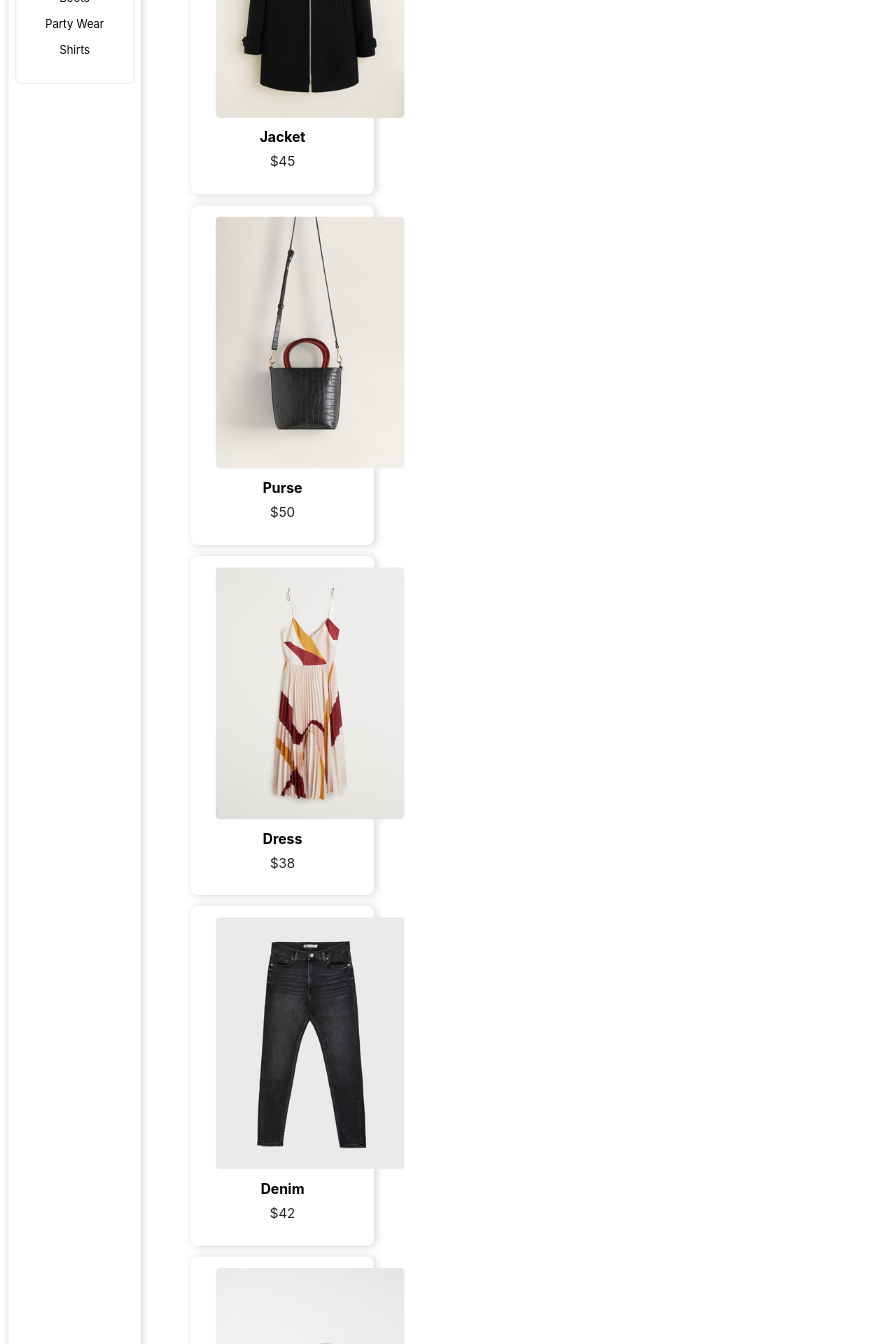
Repository: KodandaraoChellapilli/e-store
Page: /
The author's editor kept a copy of each file at every save. The page is drawn from the files as they stood at one save, then again after a run of saves.
The browser window is 1280 px wide. The pictures show the part of the page from y = 408 to 2328 px (the page is 3206 px tall before and 3350 px after), at 70% of full size.
The project was rebuilt for these pictures with package versions that can differ from the ones it lists, and the page was loaded fresh each time. Also part of the build but not shown: src/App.css.

Above is the page before, as saved 2025-06-10 14:12:18.

### public/index.html
<!DOCTYPE html>
<html lang="en">
  <head>
    <meta charset="utf-8" />
    <link rel="icon" href="%PUBLIC_URL%/favicon.ico" />
    <meta name="viewport" content="width=device-width, initial-scale=1" />
    <meta name="theme-color" content="#000000" />
    <meta
      name="description"
      content="Web site created using create-react-app"
    />
    <link rel="apple-touch-icon" href="%PUBLIC_URL%/logo192.png" />
    <!--
      manifest.json provides metadata used when your web app is installed on a
      user's mobile device or desktop. See https://developers.google.com/web/fundamentals/web-app-manifest/
    -->
    <link rel="manifest" href="%PUBLIC_URL%/manifest.json" />

    <link rel="stylesheet"   href="https://cdnjs.cloudflare.com/ajax/libs/font-awesome/6.7.2/css/all.min.css"/>


    <link href="https://cdn.jsdelivr.net/npm/bootstrap@5.3.6/dist/css/bootstrap.min.css" rel="stylesheet" integrity="sha384-4Q6Gf2aSP4eDXB8Miphtr37CMZZQ5oXLH2yaXMJ2w8e2ZtHTl7GptT4jmndRuHDT" crossorigin="anonymous">
    <!--
      Notice the use of %PUBLIC_URL% in the tags above.
      It will be replaced with the URL of the `public` folder during the build.
      Only files inside the `public` folder can be referenced from the HTML.

      Unlike "/favicon.ico" or "favicon.ico", "%PUBLIC_URL%/favicon.ico" will
      work correctly both with client-side routing and a non-root public URL.
      Learn how to configure a non-root public URL by running `npm run build`.
    -->
    <title>React App</title>
  </head>
  <body>
    <noscript>You need to enable JavaScript to run this app.</noscript>
    <div id="root"></div>
    <!--
      This HTML file is a template.
      If you open it directly in the browser, you will see an empty page.

      You can add webfonts, meta tags, or analytics to this file.
      The build step will place the bundled scripts into the <body> tag.

      To begin the development, run `npm start` or `yarn start`.
      To create a production bundle, use `npm run build` or `yarn build`.
    -->
    <script src="https://cdn.jsdelivr.net/npm/bootstrap@5.3.6/dist/js/bootstrap.bundle.min.js" integrity="sha384-j1CDi7MgGQ12Z7Qab0qlWQ/Qqz24Gc6BM0thvEMVjHnfYGF0rmFCozFSxQBxwHKO" crossorigin="anonymous"></script>

  </body>
</html>

### src/App.js
import logo from './logo.svg';
import './App.css';
import TopNav from './Components/TopNav';
import  CatNav from './Components/CatNav';
import MainComponent from './Components/MainComponent';



function App() {
  return (
    <div className="App">

      <TopNav />
      <CatNav />
      <MainComponent />

    </div>
  );
}

export default App;

### src/Components/TopNav/index.js
import './_top-nav.scss';

const TopNav = () => {
    return (
        <div className='header bg-dark'>
            <div className='row top-nav-row'>

                <div className='brand my-1'>
                    <h1>RI</h1>
                </div>

                <div className='inp-container p-0 my-4 w-50 h-25 bg-white'>
                    <div className='dropdown m-0 p-0'>
                        <select className='select-btn w-100 p-0 m-0'>
                            <option>Men</option>
                            <option>Women</option>
                            <option>Kids</option>
                        </select>
                    </div>

                    <input className='form-control' placeholder='Search...' />
                    <button type="button"><i className='fa fa-search'></i></button>
                </div>

                <div className='login-container p-0'>
                    <i className='fa fa-user-circle user-icon'></i>
                    <div className='auth-links'>
                        <h5><a href='/login'>Login</a></h5>
                        <span> / </span>
                        <h5><a href='/register'>Register</a></h5>
                    </div>
                </div>

                <div className='cart-wishlist'>
                    <ul className='p-0'>
                        <li className='list-icon'><i className='fa fa-heart'></i></li>
                        <li className='list-icon'><i className='fa fa-shopping-cart'></i></li>
                    </ul>
                </div>

            </div>
        </div>
    );
};

export default TopNav;

### src/Components/CatNav/index.js
import './_cat-nav.scss';


const CatNav =()=> {
    return (
        <>

        <div className='cat-nav-container continer'>
            <ul>
                <li className ='list-items'> <a href='#'> Men  </a></li>
                <li className ='list-items' > <a href='#'> Women </a></li>
                <li  className ='list-items'> <a href='#'> Kids </a></li>
                <li  className ='list-items'> <a href='#'> Best Offers </a></li>

            </ul>
        </div>


        </>
    )
}

export default CatNav;

### src/Components/MainComponent/index.js
import './_main-component.scss';
import SideNav from '../SideNav';
import Products from '../Products';

const MainComponent =()=> {

    return (
        <div>
            <div className='container-fluid'>
                <div className='row'>

                     <div className='col-lg-2 col-md-3 col-sm-4'>
                    <SideNav/>
                </div>

                <div className='col-lg-10 col-md-9 col-sm-8'>

                    <Products/>

                </div>



                </div>

            </div>
        </div>
    )
}

export default MainComponent;

### src/Components/TopNav/_top-nav.scss
@import '../../style/sass/variables';

.header {
  max-width: 100%;
  box-shadow: 5px 5px 20px gray;
  padding: 1em;
}

.top-nav-row div {
  display: flex;
  align-items: center;
  flex-wrap: wrap;
  justify-content: space-between;
}

.brand {
  color: white;
  margin-left: 2%;
  padding: 0.8em;
  width: 23%;
}

.inp-container {
  display: flex;
  align-items: center;
  width: 50%;
  padding: 0.5em;
  background-color: white;
}

.inp-container .dropdown {
  width: 15%;
  margin-right: 0.5em;
}

.drropdown{
    width: 15%;
}

.select-btn {
  height: $element-height;
  border: none;
  background-color: #dadada;
  font-weight: 600;
  width: 100%;
}

.inp-container input {
  width: 70%;
  height: $element-height;
  margin-right: 0.5em;
}

.inp-container button {
  width: 10%;
  height: $element-height;
  border: none;
  background-color: #dadada;
}

.login-container {
  width: 15%;
  color: white;
  text-align: right;
  margin: 1.7em 0.2em 0 0;
}

.user-icon {
  margin-right: 0.4em;
  padding: 0.2em;
  font-size: $icon-font;
}

.auth-links {
  display: inline-block;
}

.login-container h5,
.login-container span {
  display: inline-block;
  margin: 0 0.2em;
}

.login-container a {
  text-decoration: none;
  color: white;
}

.cart-wishlist {
  width: 7%;
  margin-top: 1.7em;
  margin-left: 1em;
}

.cart-wishlist .list-icon {
  color: white;
  font-size: $icon-font;
  list-style-type: none;
  display: inline-block;
  margin-right: 0.5em;
}

### src/Components/CatNav/_cat-nav.scss
@import '../../style/sass/variables';
@import '../../style/sass/mixins';


.cat-nav-container {
  background-color: #1e1e1e; // Dark background for nav
  max-width: 100%; // Makes the nav bar take full width
  border-top: 1px solid #444444; // Adds a subtle top border

  .list-items {
    list-style-type: none; // Removes bullets from the list
    display: inline-block; // Aligns list items horizontally
    margin: 0.2em 1em; // Space around each list item
    padding: 0.4em; // Inner spacing
    height: 2.5em; // Sets height of each item
  }

  a {
    text-decoration: none; // Removes underline from links
    color: white; // Makes link text white
    height: 1.8em; // Sets height of the anchor tag
    font-size: 0.9em; // Slightly smaller font
    font-weight: 700; // Makes text bold

    @include underline-transition(1.1); // Applies underline transition effect


  }
}

### src/Components/SideNav/index.js
import './_side-nav.scss';

const SideNav = () => {
  return (
    <div className='side-nav'>
      <div className='section-title'>
        <h3>Category</h3>
      </div>

      <div className='accordion'>
        <div className='accordion-item individual-category'>
          <div className='accordion-header'>
            <button
              className='accordion-button'
              data-bs-target="#accordion-heading-one"
              data-bs-toggle="collapse"
            >
              Men
            </button>
          </div>

          <div
            className='accordion-collapse collapse show'
            id='accordion-heading-one'
            data-bs-parent=".accordion"
          >
            <div className='accordion-body'>
              <ul>
                <li className='sub-items'><a href='#'>Coats</a></li>
                <li className='sub-items'><a href='#'>Boots</a></li>
                <li className='sub-items'><a href='#'>Party Wear</a></li>
                <li className='sub-items'><a href='#'>Shirts</a></li>
              </ul>
            </div>
          </div>
        </div>
      </div>
    </div>
  );
};

export default SideNav;

### src/Components/Products/index.js
import './_products.scss';

const Products = () => {

    const productData =[
        {
            pName:"Jacket",
            price: 45,
            img:"shop-1.jpg"
        },
         {
            pName:"Purse",
            price: 50,
            img:"shop-2.jpg"
        },
         {
            pName:"Dress",
            price: 38,
            img:"shop-3.jpg"
        },

         {
            pName:"Denim",
            price: 42,
            img:"shop-4.jpg"
        },
         {
            pName:"Boots",
            price: 65,
            img:"shop-5.jpg"
        },
         {
            pName:"Bag",
            price: 35,
            img:"shop-6.jpg"
        }
        ]
    return (
        <div>

            {
                productData.map((product, key)=>{
                    return(
                         <div className= 'mx-5 p-3 col-lg-3 col-md-6  product-card'>
                <div className= 'product-image-container'>

                    <img src={require('../../assets/images/shop/' +product.img)}/>

                </div>

                <div className='product-info'>
                    <h5> <a href='#'> {product.pName} </a> </h5>
                    <p className='product-price'>${product.price} </p>

                </div>
            </div>
                    )

                })
            }

        </div>
    )
}

export default Products;

### src/style/sass/_variables.scss
$accent-color: red;
$icon-font: 1.3em;
$element-height: 2.5em;

### src/style/sass/_mixins.scss
@mixin transition($property, $duration) {
  transition-property: $property;
  transition-duration: $duration;
}


@mixin underline-transition($width){
     &::after {
      content: ''; // Creates a fake element after <a>
      display: block; // Makes it act like a visible block
      bottom: 0; // Align it to bottom (needs position to work correctly)
      left: 0; // Align it to left side
      height: 0.2em; // Thin line height
      background-color:$accent-color; // Line color
      transform: scaleX(0); // Starts invisible
      @include transition(transform, 0.2s )
    }

    &:hover::after {
      transform: scaleX($width); // When hovering, stretch the line slightly
    }
}

@mixin style-reset-a-li{
  a{
    text-decoration: none;
    color: black;
    &:hover{
      color: black;
    }
  }
  li{
    list-style-type: none;
  }
}

### src/Components/SideNav/_side-nav.scss
@import "../../style/sass/mixins";
@import "../../style/sass/variables";

.side-nav{
    margin-top: 1em;
    padding: 0.6em;
    box-shadow: 1px 0px 14px 0px lightgray;
    height: 97%;
    border-radius: 1em;


    .section-title{
        padding: 1em;

        h3{
            text-align: center;
        }
    }

    .individual-category{
        ul{
            padding: 0;
        }
        .sub-items{
            text-align: center;
            margin-bottom: 0.6em;

            list-style-type: none; // Removes bullets from the list
            a{
                text-decoration: none; // Removes underline from linls
                color: black; // Makes link text black
                @include underline-transition(0.3); // Applies underline transition effect
            }
        }
    }
}

### src/Components/Products/_products.scss
@import '../../style/sass/mixins';

@include style-reset-a-li;

.product-card{
    margin-top: 1em;
    margin-bottom: 1em;
    box-shadow: 3px 1px 14px 0px lightgray;
    border-radius: 0.6em;

    .product-image-container{
        img{
            margin-left: 8%;
            border-radius: 0.4em
        }
    }


    .product-info{
        padding: 1em;
        text-align: center;
    }

    h5{
        font-weight: 700;
    }

    .product-price{
        margin: 0;
        font-weight: 400;
        font-size: 1.2em;
    }
}

Loaded but not shown: src/index.js (common file); src/index.css (common file); src/reportWebVitals.js (common file); src/Components/MainComponent/_main-component.scss (no stored copy; drawn as an empty file)

After the next 4 saves:
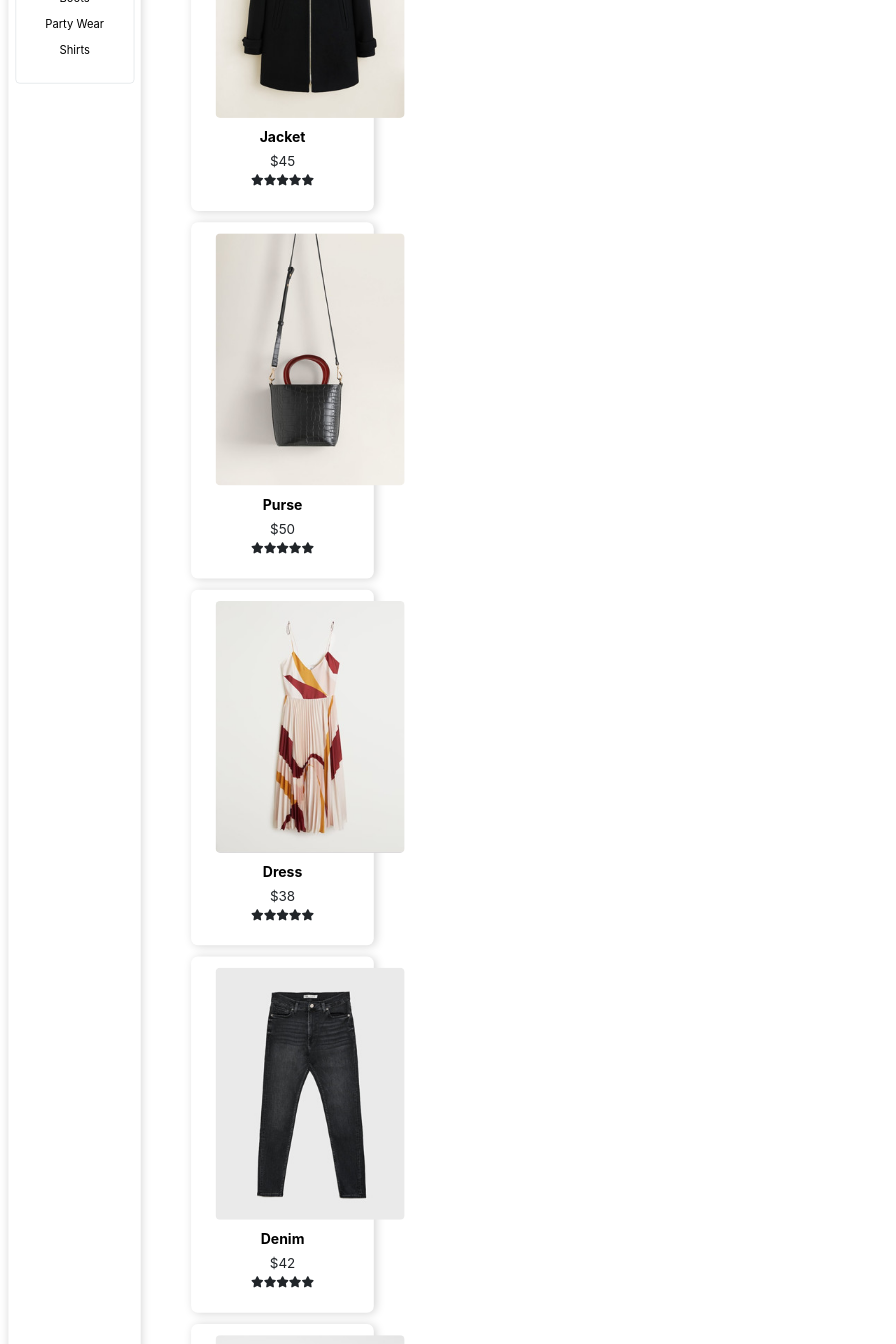
The 4 saves are shown as one change because 3 did not build or start.
The last was saved 12 min 6 s later.
--- a/src/Components/Products/index.js
+++ b/src/Components/Products/index.js
@@ -2,63 +2,65 @@ import './_products.scss';
 
 const Products = () => {
 
-    const productData =[
+    const productData = [
         {
-            pName:"Jacket",
+            pName: "Jacket",
             price: 45,
-            img:"shop-1.jpg"
+            img: "shop-1.jpg"
         },
-         {
-            pName:"Purse",
+        {
+            pName: "Purse",
             price: 50,
-            img:"shop-2.jpg"
+            img: "shop-2.jpg"
         },
-         {
-            pName:"Dress",
+        {
+            pName: "Dress",
             price: 38,
-            img:"shop-3.jpg"
+            img: "shop-3.jpg"
         },
+        {
+            pName: "Denim",
+            price: 42,
+            img: "shop-4.jpg"
+        },
+        {
+            pName: "Boots",
+            price: 65,
+            img: "shop-5.jpg"
+        },
+        {
+            pName: "Bag",
+            price: 35,
+            img: "shop-6.jpg"
+        }
+    ];
 
-         {
-            pName:"Denim",
-            price: 42,
-            img:"shop-4.jpg"
-        },
-         {
-            pName:"Boots",
-            price: 65,
-            img:"shop-5.jpg"
-        },
-         {
-            pName:"Bag",
-            price: 35,
-            img:"shop-6.jpg"
-        }
-        ]
     return (
         <div>
+            {
+                productData.map((product, key) => {
+                    return (
+                        <div key={key} className='mx-5 p-3 col-lg-3 col-md-6 product-card'>
+                            <div className='product-image-container'>
+                                <img src={require('../../assets/images/shop/' + product.img)} />
+                            </div>
 
-            {
-                productData.map((product, key)=>{
-                    return(
-                         <div className= 'mx-5 p-3 col-lg-3 col-md-6  product-card'>
-                <div className= 'product-image-container'>
+                            <div className='product-info'>
+                                <h5><a href='#'>{product.pName}</a></h5>
+                                <p className='product-price'>${product.price}</p>
 
-                    <img src={require('../../assets/images/shop/' +product.img)}/>
-
-                </div>
-
-                <div className='product-info'>
-                    <h5> <a href='#'> {product.pName} </a> </h5>
-                    <p className='product-price'>${product.price} </p>
-
-                </div>
-            </div>
+                                <div className='product-rating'>
+                                    <i className='fa fa-star'></i>
+                                    <i className='fa fa-star'></i>
+                                    <i className='fa fa-star'></i>
+                                    <i className='fa fa-star'></i>
+                                    <i className='fa fa-star'></i>
+                                </div>
+                            </div>
+                        </div>
                     )
-
                 })
             }
-
         </div>
     )
 }
